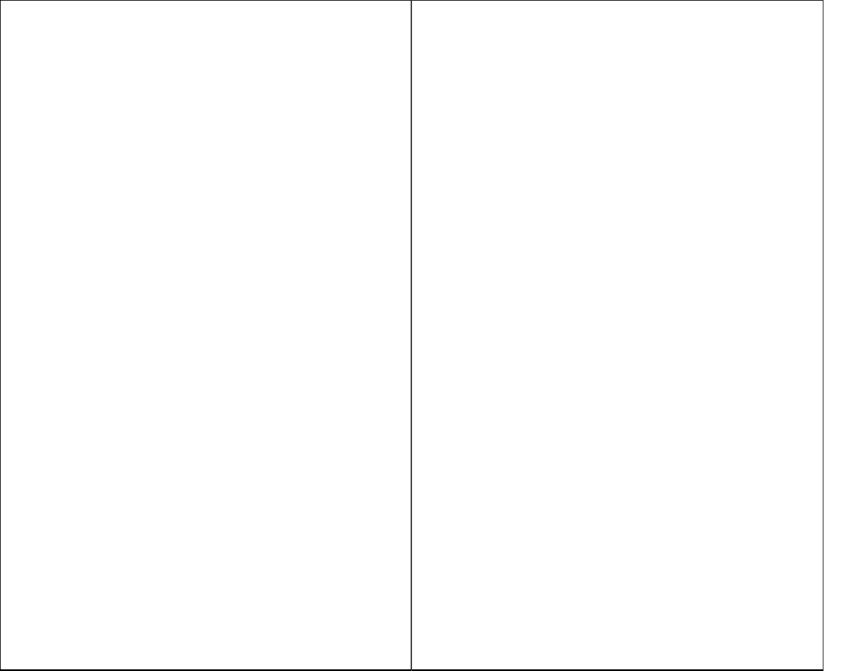
Repository: JavaJin96/kr.or.ddit.HighJava
Page: http://localhost/TeamProjectDCUM/main/mainshow.jsp
The author's editor kept a copy of each file at every save. The page is drawn from the files as they stood at one save, then again after the next save.
The browser window is 1280 px wide. The pictures show the whole page, at 67% of full size.
The page is served by Tomcat 9. Other server files are loaded and not shown.

Above is the page before, as saved 2022-02-15 12:31:33.

### 3.Highjava/workspace/TeamProjectDCUM/WebContent/main/mainshow.jsp
<%@ page language="java" contentType="text/html; charset=UTF-8"
    pageEncoding="UTF-8"%>
<!DOCTYPE html>
<html>
<head>
<meta charset="UTF-8">
<title>Insert title here</title>
 <link rel="stylesheet" href="https://cdn.jsdelivr.net/npm/bootstrap@4.6.1/dist/css/bootstrap.min.css">
  <script src="https://cdn.jsdelivr.net/npm/jquery@3.5.1/dist/jquery.slim.min.js"></script>
  <script src="https://cdn.jsdelivr.net/npm/popper.js@1.16.1/dist/umd/popper.min.js"></script>
  <script src="https://cdn.jsdelivr.net/npm/bootstrap@4.6.1/dist/js/bootstrap.bundle.min.js"></script>
<script src="<%=request.getContextPath()%>/js/jquery-3.6.0.min.js"></script>
<script>

</script>
<style>
	div {
		border : 1px solid black;
	}
	#d1, #d2{
		display : inline-block;
		float : left;
		width : 48%;
		height : 1000px;
	}
	#d3, #d4{
		display : inline-block;
		float : left;
		width : 48%;
	}
</style>
</head>
<body>
	<div id="d1">

	</div>

	<div id="d2">

	</div>

	<div id="d3">

	</div>

	<div id="d4">

	</div>

</body>
</html>

Loaded but not shown: 3.Highjava/workspace/TeamProjectDCUM/WebContent/js/jquery-3.6.0.min.js (library)

After the next save:
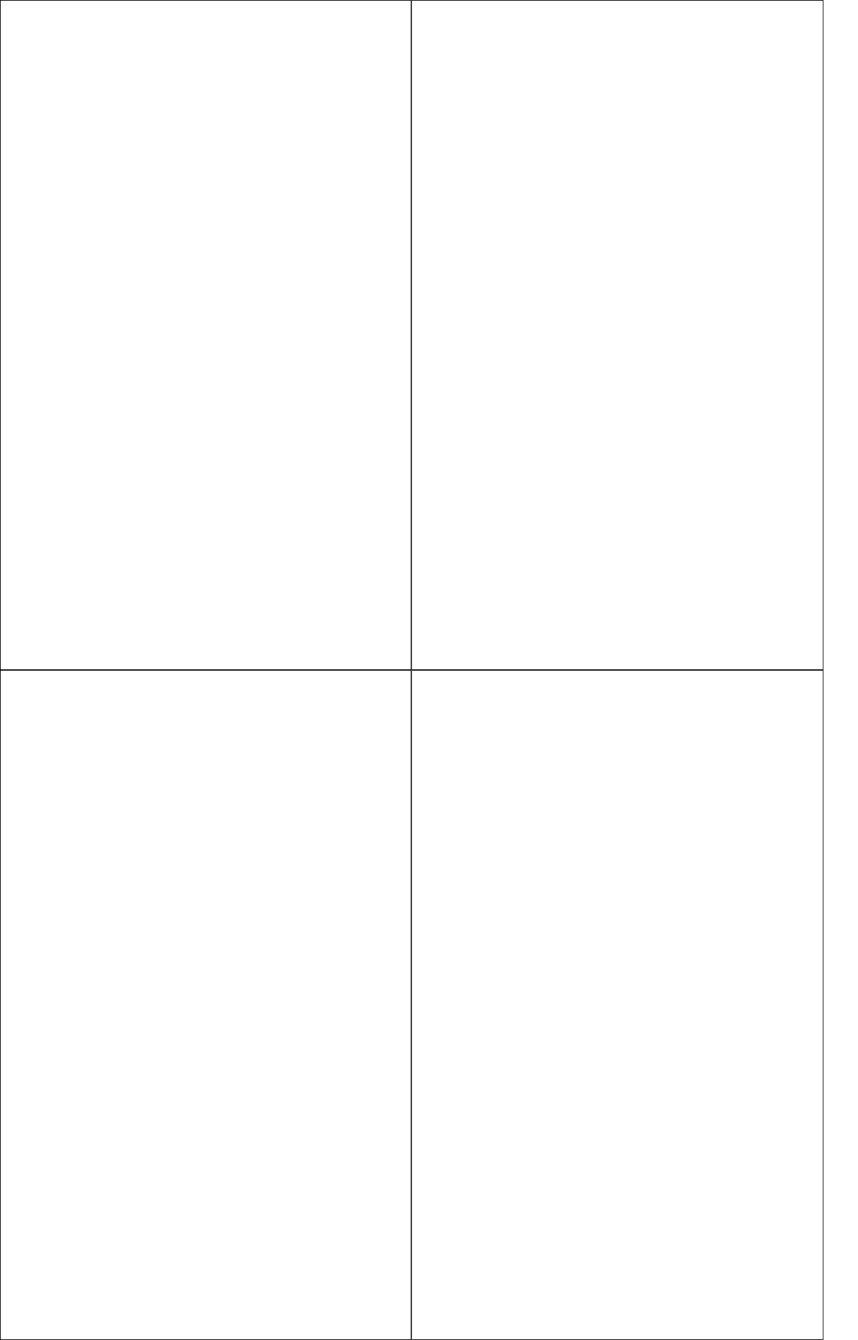
Saved 4 s later.
--- a/3.Highjava/workspace/TeamProjectDCUM/WebContent/main/mainshow.jsp
+++ b/3.Highjava/workspace/TeamProjectDCUM/WebContent/main/mainshow.jsp
@@ -27,6 +27,7 @@
 		display : inline-block;
 		float : left;
 		width : 48%;
+		height : 1000px;
 	}
 </style>
 </head>
